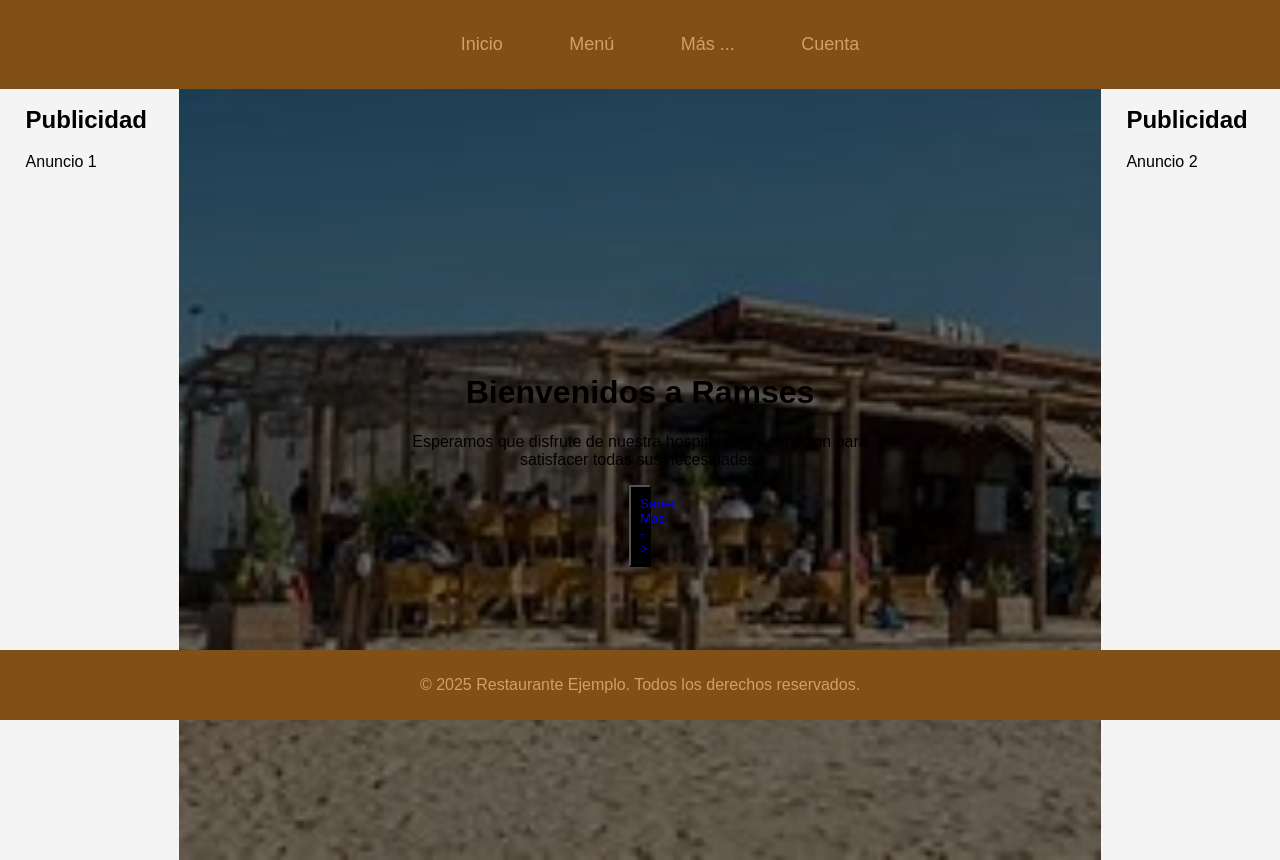
Repository: demoniers/demonIers.github.io
Page: web-lenguajes/src/index.html
These files come from the project's save history. The page is drawn as it stood at one moment and after the next save; the edit follows.
The browser window is 1280 px wide. The pictures show the whole page.

Above is the page before, as saved 2025-01-21 11:56:22.

### web-lenguajes/src/index.html
<!DOCTYPE html>
<html lang="es">
<head>
    <meta charset="UTF-8">
    <meta name="viewport" content="width=device-width, initial-scale=1.0">
    <link rel="stylesheet" href="style/style.css">
    <link rel="stylesheet" href="style/menu.css">
    <title>Restaurante Ejemplo</title>
    <style>
    </style>
</head>
<body>
    <div class="header">
        <nav>
            <ul>
                <li><a href="#">Inicio</a></li>
                <li><a href="">Menú</a></li>
                <li><a href="">Más ...</a>
                    <ul>
                        <li><a href="">Opcion</a></li>
                        <li><a href="">Opcion</a></li>
                    </ul>
                </li>
                <li>
                    <a href="">Cuenta</a>
                    <ul>
                        <li><a href="">Iniciar sesion</a></li>
                        <li><a href="">Registrarse</a></li>
                    </ul>
                </li>
            </ul>
        </nav>
    </div>
    <div class="container">
        <div class="sidebar">
            <h2>Publicidad</h2>
            <p>Anuncio 1</p>
        </div>
        <div class="content">
            <div class="bienvenida">
                <div class="contenidos">
                    <h1>Bienvenidos a Ramses</h1>
                    <p>Esperamos que disfrute de nuestra hospitalidad y servicion para satisfacer todas sus necesidades.</p>
                    <button class="btn-saber-mas"><a  href="menu.html">Saber Mas -></a></button>
                </div>
            </div>
        </div>
        <div class="sidebar">
            <h2>Publicidad</h2>
            <p>Anuncio 2</p>
        </div>
    </div>
    <div class="footer">
        <p>&copy; 2025 Restaurante Ejemplo. Todos los derechos reservados.</p>
    </div>
</body>
</html>

### web-lenguajes/style/style.css
body {
    margin: 0;
    font-family: Arial, sans-serif;
    display: flex;
    flex-direction: column;
    align-items: center;
}

/* menu superior */
.header {
    position: fixed;
    top: 0;
    width: 100%;
    background-color: #815017;
    color: #d39f64;
    text-align: center;
    padding: 10px 0;
    z-index: 1000;
}

.header nav a {
    color: #d39f64;
    margin: 0 15px;
    text-decoration: none;
    font-size: 18px;
}

.header nav ul li {
    display: inline-block;
    position: relative;
}

nav ul li a {
    display: block;
    padding: 8px 16px;
    text-decoration: none;
    color: #d39f64;
}

nav ul li ul {
    display: none;
    position: absolute;
    top: 100%;
    left: 0;
    background-color: #815017;
    box-shadow: 0px 8px 16px rgba(0, 0, 0, 0.1);
}

nav ul li:hover ul {
    display: block;
}

/*###############################################################################*/
.container {
    margin-top: 60px;
    display: flex;
    justify-content: space-between;
    width: 100%;
}

/* ### CENTRO PAGINA PRINCIPAL ###*/
.content {
    flex-grow: 1;
    padding: 0;
    background-image:url("../img/fondo.png");
    background-size: cover;
    background-repeat:no-repeat;
    height: 800px;
    display: flex;
}
.bienvenida {
    display: flex;
    align-items: center;
    background-color: rgba(0, 0, 0, 0.555);
    width: 100%;
    padding: 25%;
    margin: 0;
    text-align: center;
}
.bienvenida button {
    background-color: #000000;
    color: #d39f64;
    width: 0%;
    padding: 2%;
    text-align: center;
    animation-name: agrandar-texto;
    animation-duration: 5s;
}
@keyframes agrandar-texto {
    0% = (width: 0%;);
    100% = (width: 25%;)
}
.bienvenida a {
    text-decoration: none;
}

.sidebar {
    width: 10%;
    padding: 2%;
    background-color: #f4f4f4;
}

.footer {
    background-color: #815017;
    color: #d39f64;
    text-align: center;
    padding: 10px;
    position: fixed;
    bottom: 0;
    width: 100%;
}

Loaded but not shown: web-lenguajes/style/menu.css (no stored copy; drawn as an empty file)

After the next save:
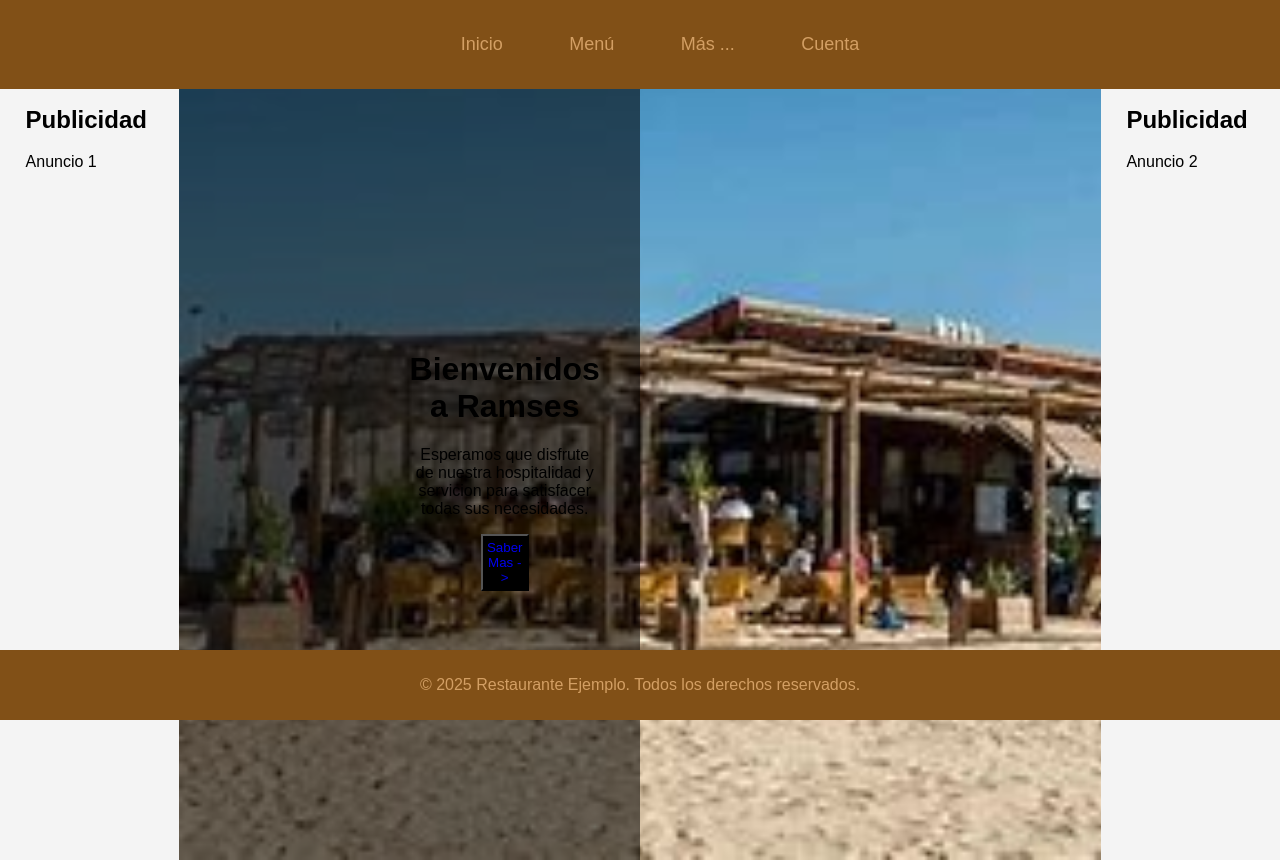
Saved 56 s later.
--- a/web-lenguajes/style/style.css
+++ b/web-lenguajes/style/style.css
@@ -72,16 +72,9 @@
     display: flex;
     align-items: center;
     background-color: rgba(0, 0, 0, 0.555);
-    width: 100%;
+    width: 0%;
     padding: 25%;
     margin: 0;
-    text-align: center;
-}
-.bienvenida button {
-    background-color: #000000;
-    color: #d39f64;
-    width: 0%;
-    padding: 2%;
     text-align: center;
     animation-name: agrandar-texto;
     animation-duration: 5s;
@@ -89,6 +82,13 @@
 @keyframes agrandar-texto {
     0% = (width: 0%;);
     100% = (width: 25%;)
+}
+.bienvenida button {
+    background-color: #000000;
+    color: #d39f64;
+    width: 25%;
+    padding: 2%;
+    text-align: center;
 }
 .bienvenida a {
     text-decoration: none;

After the save that followed:
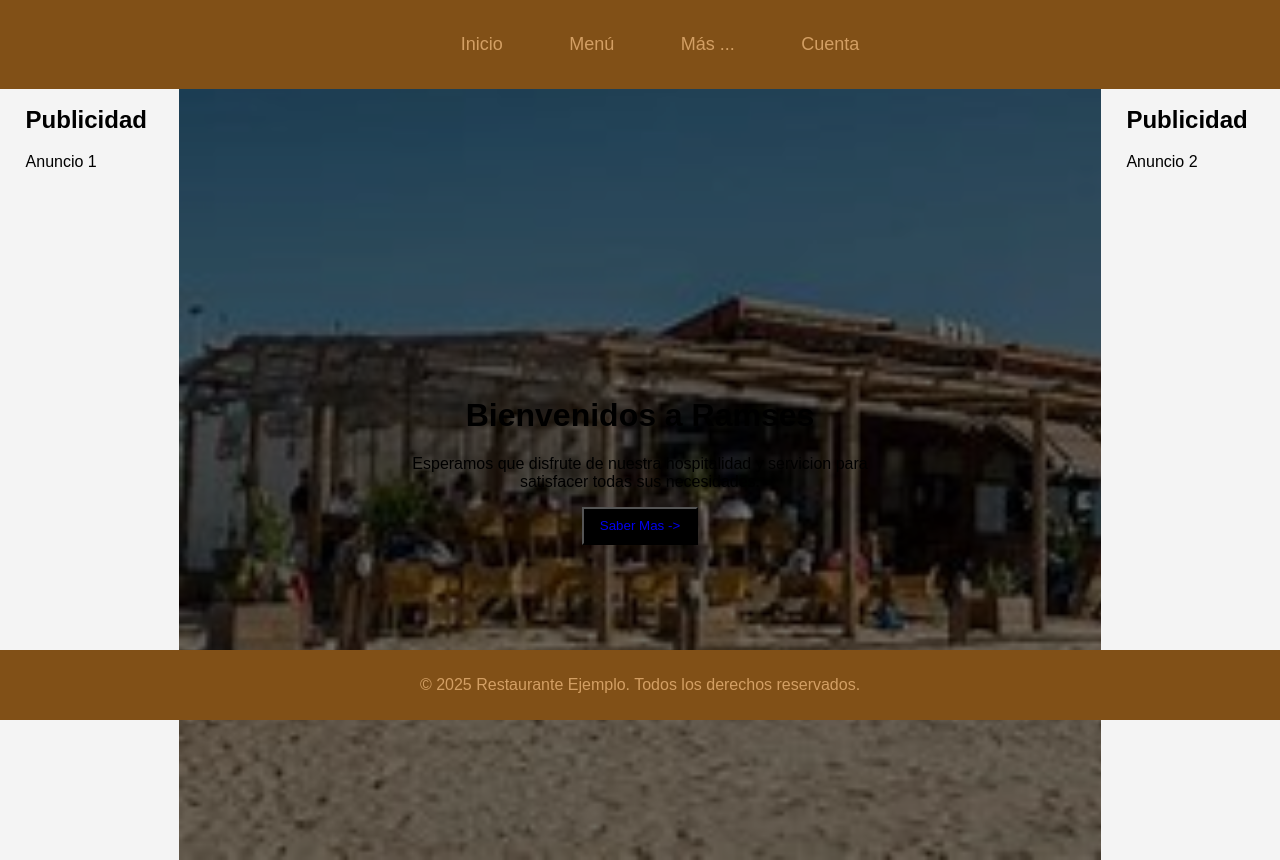
Saved 33 s later.
--- a/web-lenguajes/style/style.css
+++ b/web-lenguajes/style/style.css
@@ -72,7 +72,7 @@
     display: flex;
     align-items: center;
     background-color: rgba(0, 0, 0, 0.555);
-    width: 0%;
+    width: 100%;
     padding: 25%;
     margin: 0;
     text-align: center;
